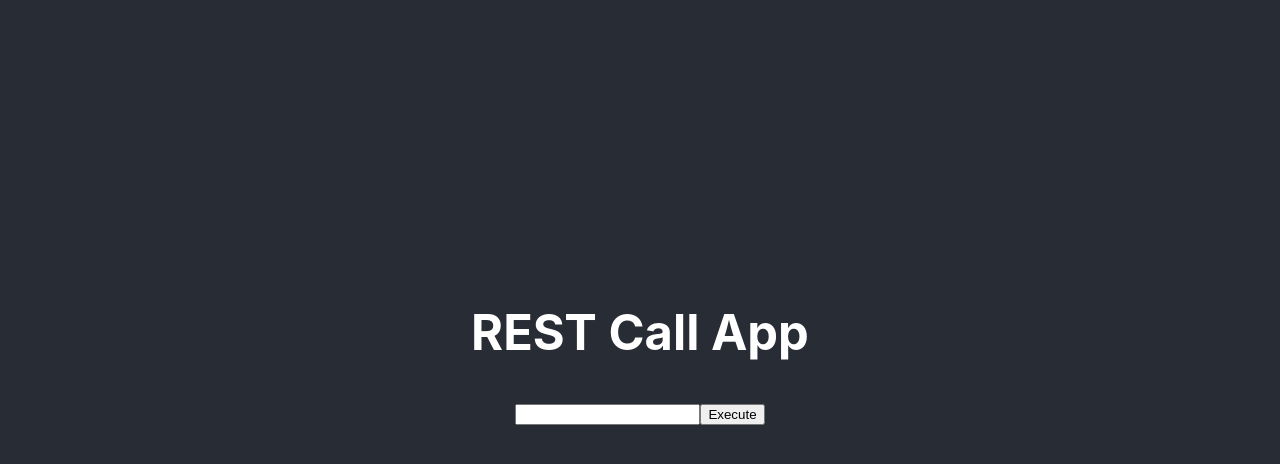
Repository: idubi/DevopsCourse
Page: / (app in lesson03 2/assignment/client/)
An editor plug-in stored every save of this project. The page is shown before and after the next save, followed by the edit.
The browser window is 1280 px wide. The pictures show the whole page.
The project was rebuilt for these pictures with package versions that can differ from the ones it lists, and the page was loaded fresh each time.

Above is the page before, as saved 2023-06-06 04:27:57.

### lesson03 2/assignment/client/src/App.js
import "./App.css";
import "./components/FilesBrowser";
import FileBrowser from "./components/FilesBrowser";

function App() {
  return (
    <div className="App">
      <header className="App-header">
        <FileBrowser></FileBrowser>
      </header>
    </div>
  );
}

export default App;

### lesson03 2/assignment/client/src/components/FilesBrowser.js
import React, { useState } from "react";

function FileBrowser() {
  const [path, setPath] = useState("");
  const [response, setResponse] = useState("");

  const handlePathChange = (event) => {
    setPath(event.target.value);
  };

  const handleExecute = () => {
    fetch(path)
      .then((response) => response.json())
      .then((data) => setResponse(JSON.stringify(data)))
      .catch((error) => console.error("Error:", error));
  };

  return (
    <div>
      <h1>REST Call App</h1>
      <input type="text" value={path} onChange={handlePathChange} />
      <button onClick={handleExecute}>Execute</button>
      <pre>{response}</pre>
    </div>
  );
}

export default FileBrowser;

Loaded but not shown: lesson03 2/assignment/client/public/index.html (common file); lesson03 2/assignment/client/src/index.js (common file); lesson03 2/assignment/client/src/index.css (common file); lesson03 2/assignment/client/src/reportWebVitals.js (common file); lesson03 2/assignment/client/src/App.css (common file)

After the next save:
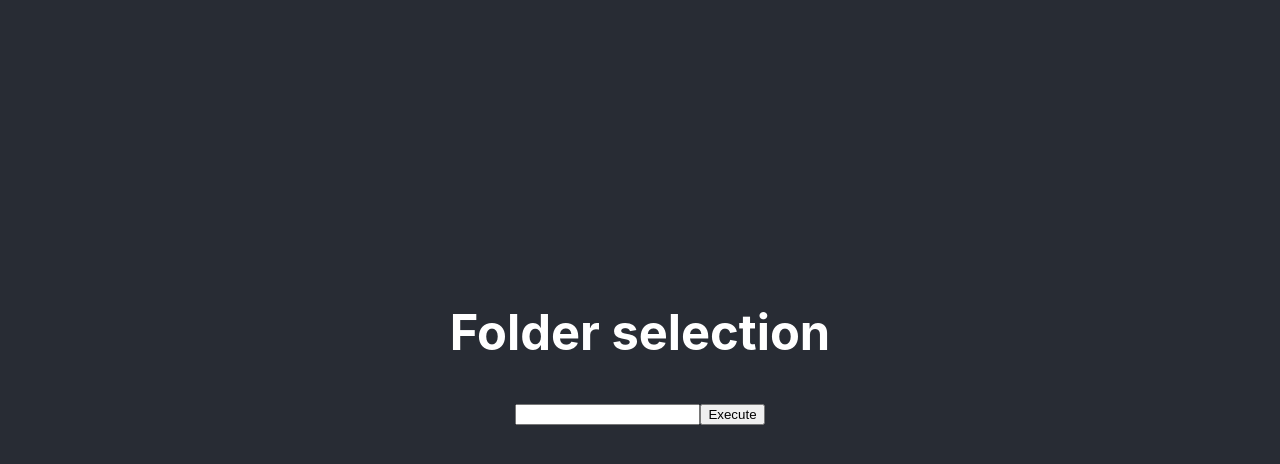
Saved 20 h 31 min later.
--- a/lesson03 2/assignment/client/src/components/FilesBrowser.js
+++ b/lesson03 2/assignment/client/src/components/FilesBrowser.js
@@ -17,7 +17,7 @@ function FileBrowser() {
 
   return (
     <div>
-      <h1>REST Call App</h1>
+      <h1>Folder selection</h1>
       <input type="text" value={path} onChange={handlePathChange} />
       <button onClick={handleExecute}>Execute</button>
       <pre>{response}</pre>
